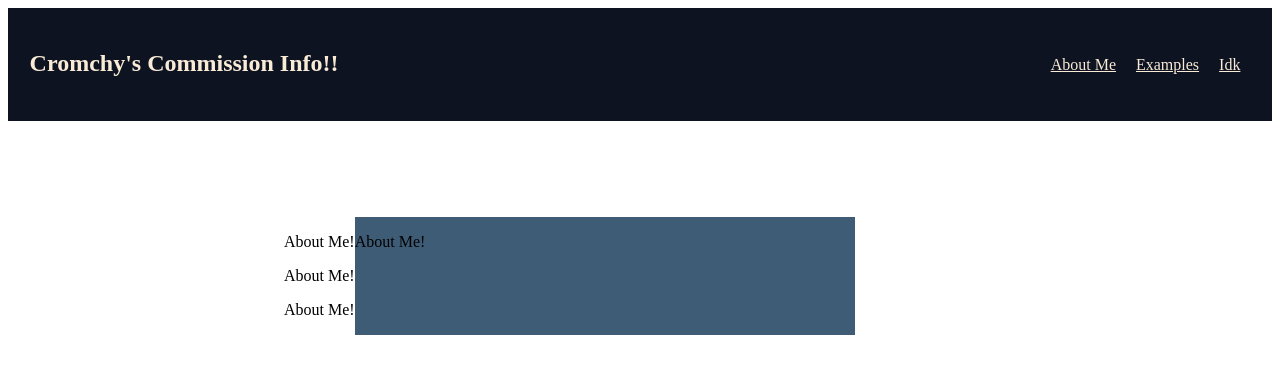
Repository: crackaLack1n/Cromchys_Commission_Site
Page: /
An editor plug-in stored every save of this project. The page is shown before and after the next save, followed by the edit.
The browser window is 1280 px wide. The pictures show the whole page.
The project was rebuilt for these pictures with package versions that can differ from the ones it lists, and the page was loaded fresh each time. The framework's server and built-in components were replaced by stand-ins that run in the browser. Also part of the build but not shown: next.config.mjs.

Above is the page before, as saved 2024-06-11 12:07:21.

After the next save:
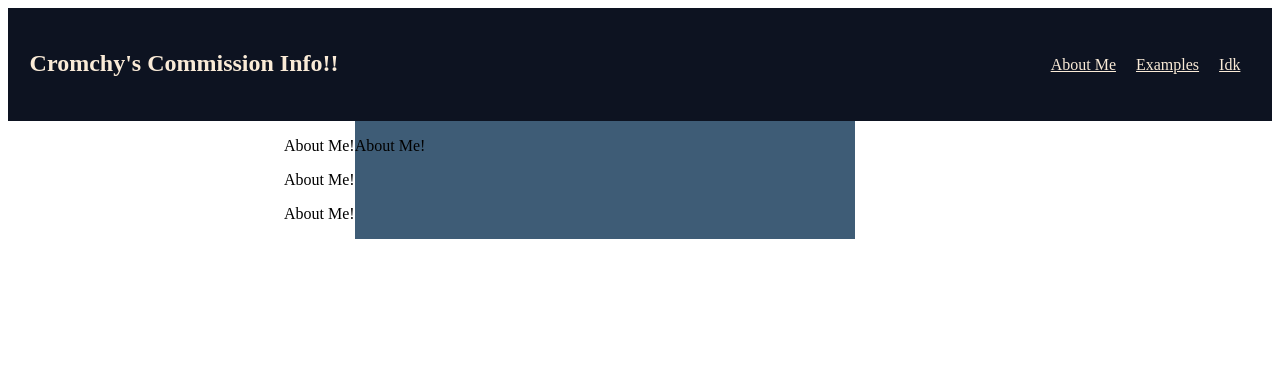
Saved 39 s later.
--- a/styles/Home.module.css
+++ b/styles/Home.module.css
@@ -2,8 +2,6 @@
   display: flex;
   flex-direction: column;
   align-items: center;
-  padding: 6rem;
-  min-height: 20vh;
 }
 
 .container {
